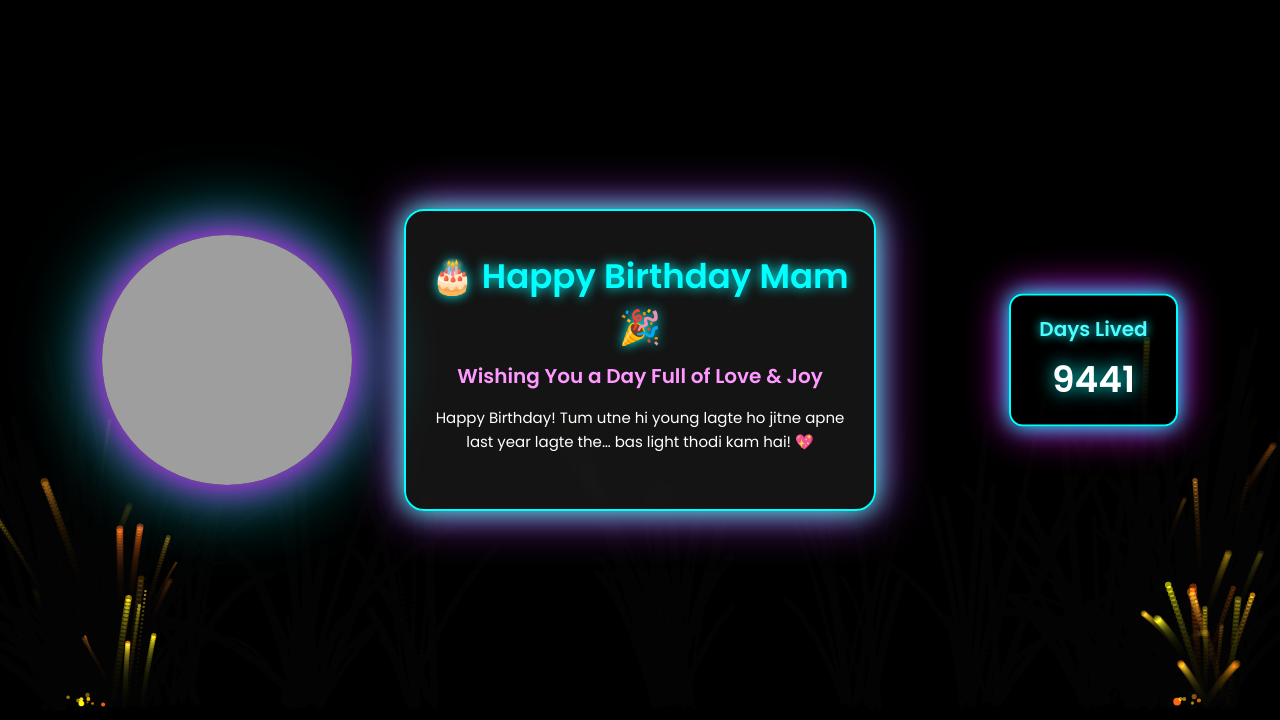
Repository: codex795/fashion-responsive
Page: biii.html
An editor plug-in stored every save of this project. The page is shown before and after the next save, followed by the edit.
The browser window is 1280 px wide. The pictures show the whole page.
Pictures or frames that could not be fetched are drawn as grey boxes.

Above is the page before, as saved 2025-11-06 15:13:57.

After the next save:
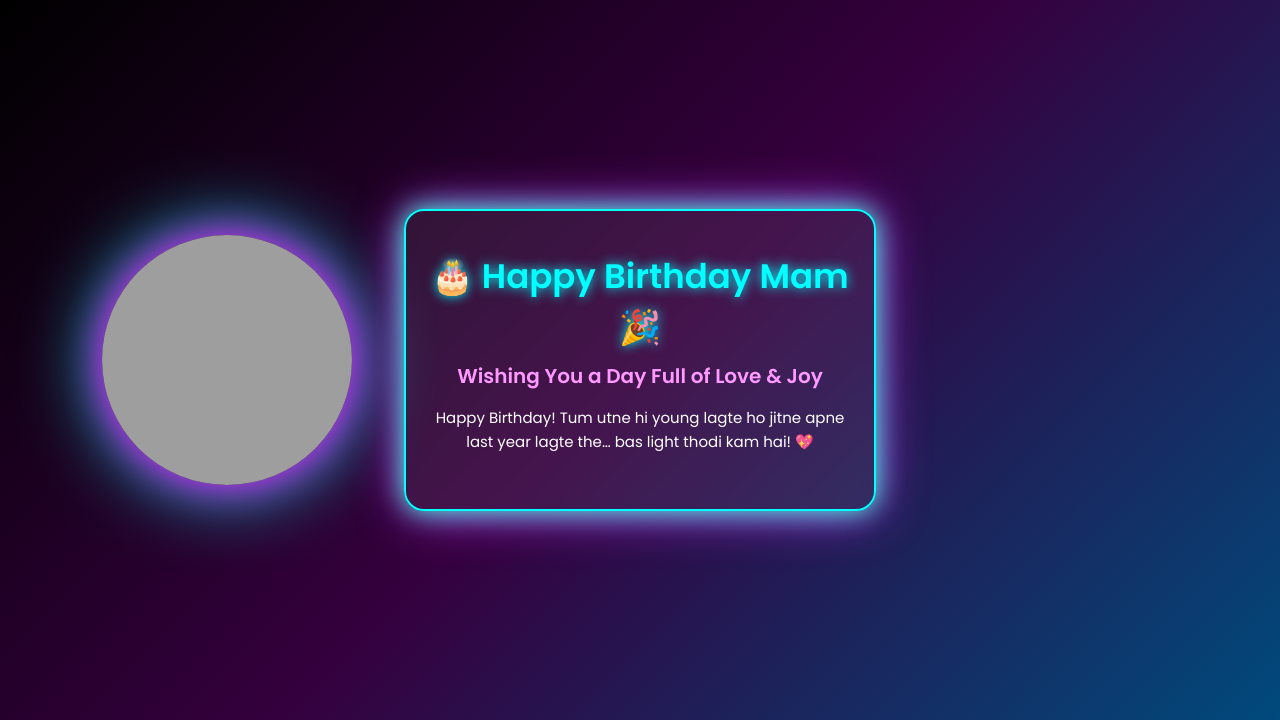
Console error: TypeError: Cannot set properties of null (setting 'textContent')
Saved 3 h 44 min later.
--- a/biii.html
+++ b/biii.html
@@ -92,11 +92,7 @@
     <p>Happy Birthday! Tum utne hi young lagte ho jitne apne last year lagte the… bas light thodi kam hai! 💖</p>
   </div>
 
-  <!-- right side 9131 days -->
-  <div class="days-box">
-    <h2>Days Lived</h2>
-    <p id="days">9131</p>
-  </div>
+
 
   <script>
     // days calculation (same as before)

After the save that followed:
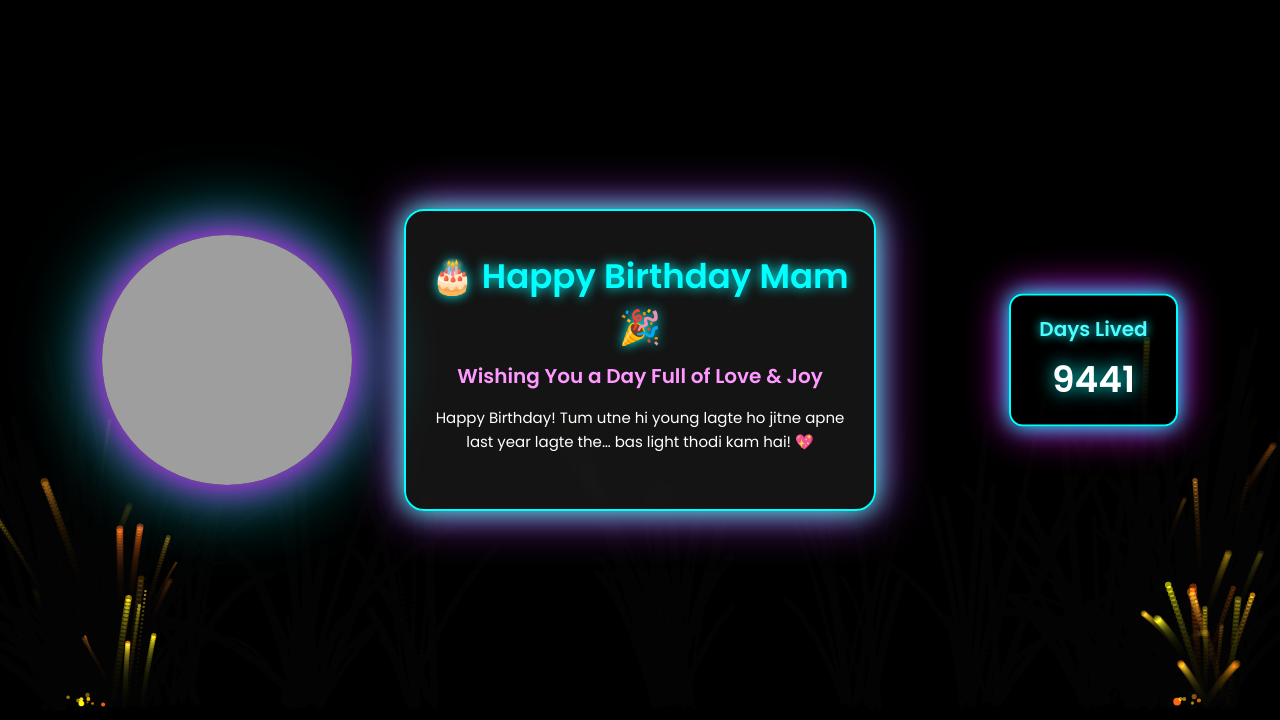
The error is gone.
Saved 23 s later.
--- a/biii.html
+++ b/biii.html
@@ -92,7 +92,11 @@
     <p>Happy Birthday! Tum utne hi young lagte ho jitne apne last year lagte the… bas light thodi kam hai! 💖</p>
   </div>
 
-
+  <!-- right side 9131 days -->
+  <div class="days-box">
+    <h2>Days Lived</h2>
+    <p id="days">9131</p>
+  </div>
 
   <script>
     // days calculation (same as before)
